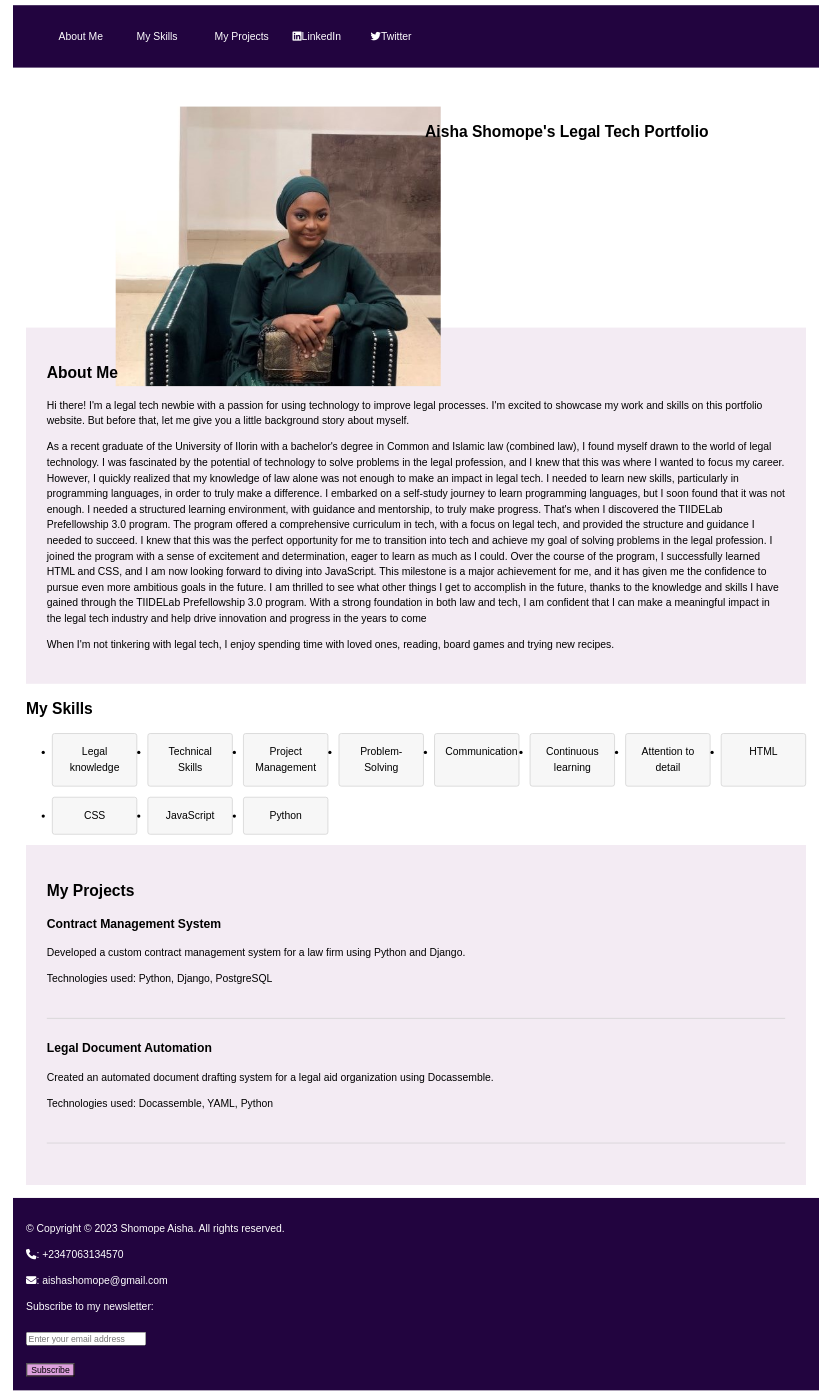
Repository: Iyewande/AishasPortfolio
Page: Index.html
These files come from the project's save history. The page is drawn as it stood at one moment and after the next save; the edit follows.
The browser window is 1280 px wide. The pictures show the whole page, at 65% of full size.
Some web libraries are served in a nearby version.

Above is the page before, as saved 2023-05-04 21:23:42.

### Index.html
<!DOCTYPE html>
<html lang="en">
    <head>
        <meta charset="UTF-8">
        <meta http-equiv="X-UA-Compatible" content="IE=edge">
        <meta name="viewport" content="width=device-width, initial-scale=1.0">
        <title>My Legal Tech Portfolio</title>
        <link rel="stylesheet" href="Style.css">
        <script src="https://kit.fontawesome.com/dcc74d8766.js" crossorigin="anonymous"></script>
    </head>
    <body>
        <div class="main-container">
        <!-- This HTML code creates a simple portfolio website with three main sections: About Me, My Projects, and My Skills.
            The navigation menu allows visitors to easily navigate between the sections of the website. The CSS styling for
            this website is located in a separate style.css file. -->
        <header id="header">
            <div>

            </div>
            <nav>
                <ul>
                    <li><a href="#about">About Me</a></li>
                    <li><a href="#skills">My Skills</a></li>
                    <li><a href="#projects">My Projects</a></li>
                    <li><a href="https://www.linkedin.com/in/shomope-aisha-ayobola/"><i class="fa-brands fa-linkedin"></i>LinkedIn</a></li>
                    <li><a href="https://twitter.com/ShomopeAisha"><i class="fa-brands fa-twitter"></i>Twitter</a></li>
                  </ul>
            </nav>
        </header>
        <main>
            <section id="landingPage">
                <div id="image">
                    <img id="img" src="E17CF07F-F5B1-4C94-9C3E-8D25C5FEC29B.jpg" alt="A picture of me">
                </div>
                <div id="heading">
                    <h1> Aisha Shomope's Legal Tech Portfolio </h1>
                </div>

            </section>
            <section  id="about">
                <h2>About Me</h2>
                <p>Hi there! I'm a legal tech newbie with a passion for using technology to improve legal processes. I'm excited to
                    showcase my work and skills on this portfolio website. But before that, let me give you a little background story about myself.</p>
                <article>
                    As a recent graduate of the University of Ilorin with a bachelor's degree in Common and Islamic law (combined law), I found myself drawn to the world of legal technology. I was fascinated by the potential of technology to solve problems in the legal profession, and I knew that this was where I wanted to focus my career.
                    However, I quickly realized that my knowledge of law alone was not enough to make an impact in legal tech. I needed to learn new skills, particularly in programming languages, in order to truly make a difference. I embarked on a self-study journey to learn programming languages, but I soon found that it was not enough. I needed a structured learning environment, with guidance and mentorship, to truly make progress.
                    That's when I discovered the TIIDELab Prefellowship 3.0 program. The program offered a comprehensive curriculum in tech, with a focus on legal tech, and provided the structure and guidance I needed to succeed. I knew that this was the perfect opportunity for me to transition into tech and achieve my goal of solving problems in the legal profession.
                    I joined the program with a sense of excitement and determination, eager to learn as much as I could. Over the course of the program, I successfully learned HTML and CSS, and I am now looking forward to diving into JavaScript. This milestone is a major achievement for me, and it has given me the confidence to pursue even more ambitious goals in the future.
                    I am thrilled to see what other things I get to accomplish in the future, thanks to the knowledge and skills I have gained through the TIIDELab Prefellowship 3.0 program. With a strong foundation in both law and tech, I am confident that I can make a meaningful impact in the legal tech industry and help drive innovation and progress in the years to come</article>
                <p>When I'm not tinkering with legal tech, I enjoy spending time with loved ones, reading, board games and trying new recipes.</p>
            </section>
              <section id="skills">
                <div class="main-container"></div>
                <h2>My Skills</h2>
                <ul>
                    <li>Legal knowledge</li>
                    <li>Technical Skills</li>
                    <li>Project Management</li>
                    <li>Problem-Solving</li>
                    <li>Communication</li>
                    <li>Continuous learning</li>
                    <li>Attention to detail</li>
                    <li>HTML</li>
                    <li>CSS</li>
                    <li>JavaScript</li>
                    <li>Python</li>
                </ul>
              </section>
              <section id="projects">
                <div class="main-container"></div>
                <h2>My Projects</h2>
                <ul>
                  <li>
                    <h3>Contract Management System</h3>
                    <p>Developed a custom contract management system for a law firm using Python and Django.</p>
                    <p>Technologies used: Python, Django, PostgreSQL</p>
                  </li>
                  <li>
                    <h3>Legal Document Automation</h3>
                    <p>Created an automated document drafting system for a legal aid organization using Docassemble.</p>
                    <p>Technologies used: Docassemble, YAML, Python</p>
                  </li>
                </ul>
              </section>
              <section>
                <!-- <h3 id="futureProjects">Future projects</h3> -->
                <!-- As a complete legal tech newbie with only legal knowledge, HTML, and CSS skills, you can still build a portfolio
                       that showcases your abilities and potential. Here are some project ideas: -->

                <!-- <ul>
                    <li>
                        <h3>Legal blog or website</h3>
                        <p>Create a blog or website that discusses legal topics, provides legal advice, or offers legal services.</p>
                        <p>Tools:My HTML and CSS skills to design and build the website, and my legal knowledge to create
                            engaging and informative content.</p>
                    </li>
                    <li>
                        <h3>Legal case study</h3>
                        <p> Analyze a legal case and create a detailed report that summarizes the facts, legal issues, and outcomes.</p>
                    </li>
                    <li>
                        <h3>Legal newsletter</h3>
                        <p>Develop a newsletter that provides updates on legal news, recent court decisions, or changes in legislation.</p>
                    </li>
                    <li>
                        <h3>Legal Podcast </h3>
                        <p>Create a podcast that discusses legal topics or features interviews with legal professionals.</p>
                    </li>
                    <li>
                        <h3>Legal infographic</h3>
                        <p>Create an infographic that explains a legal concept or process in a visually engaging way.</p>
                    </li>
                    <h3>Legal research database</h3>
                    <p>Build a legal research database that allows users to search for legal cases or statutes using keywords, topics, and other criteria.</p>
                    </li>
                    <li>
                        <h3>Document automation</h3>
                        <p>Develop a tool that automates the creation of legal documents, such as contracts or agreements, using templates and user input.</p>
                    </li>
                    <li>
                        <h3>Contract management system</h3>
                        <p>Create a system that manages the entire contract lifecycle, from drafting to negotiation to execution and beyond.</p>
                    </li>
                    <li>
                        <h3>Compliance tracking tool</h3>
                        <p>Build a tool that helps companies track their compliance with legal regulations, such as data privacy laws or labor laws.</p>
                    </li>
                    <li>
                        <h3>Legal analytics dashboard</h3>
                        <p>Develop a dashboard that provides insights and analytics on legal data, such as case outcomes or legal spend.</p>
                    </li>
                    <li>
                        <h3>E-discovery tool</h3>
                        <p>Create a tool that helps legal teams manage electronic discovery, including searching, reviewing, and producing relevant documents for litigation.</p>
                    </li>
                    <li>
                        <h3>Virtual legal assistant</h3>
                        <p>Build a virtual assistant that can answer legal questions, provide guidance on legal processes, or assist with legal research.</p>
                    </li>
                </ul>
              </section>
              <p>These projects will help demonstrate my creativity, technical skills, and understanding of legal concepts.
                They can be used to showcase my work to potential employers, clients, or collaborators in the legal tech industry.
                As I continue to learn and develop your skills, I can incorporate more advanced technical components into my
                portfolio projects.</p> -->

        </main>
        <!-- footer: contains content that appears at the bottom of the page, such as copyright information. -->
        <footer>
            <div class="footer-container">
                <p>&copy; Copyright © 2023 Shomope Aisha. All rights reserved.</p>
                <div class="contact">
                    <p><i class="fa-sharp fa-solid fa-phone"></i>: +2347063134570</p>
                    <p><i class="fa-solid fa-envelope"></i>: aishashomope@gmail.com</p>
                </div>
                <form action="#" method="post">
                    <label for="subscribe">Subscribe to my newsletter:</label>
                    <br><br>
                    <input type="email" id="subscribe" name="subscribe" placeholder="Enter your email address">
                    <br><br>
                    <button class=btn type="submit">Subscribe</button>
                </form>
            </div>
        </footer>
    </div>
    </body>
</html>

### Style.css
/* Specific styles */

#landingPage {
  display: flex;
  margin: 20px;
  padding: 20px;
  justify-content: space-around;
}

#image{
  width: 25%;
  height: 300px;
}

#heading{
  width: 40%;
}

  #about {
    background-color: rgb(243, 235, 243);
    padding: 2em;
  }

  #about p {
    margin-bottom: 1em;
  }

  #projects ul {
    list-style: none;
    margin: 0;
    padding: 0;
  }

  #projects li {
    border-bottom: 1px solid #ccc;
    margin-bottom: 2em;
    padding-bottom: 2em;
  }

  #projects h3 {
    margin-top: 0;
  }

  #projects p {
    margin-bottom: 1em;
  }

  #projects {
    background-color: rgb(243, 235, 243);
    padding: 2em;
  }

  #futureProjects li {
    background-color: rgb(243, 235, 243);
    padding: 2em;
  }


  #skills ul {
    display: grid;
    grid-template-columns: repeat(auto-fit, minmax(120px, 1fr));
    grid-gap: 1em;
  }

  #skills li {
    background-color: #f7f7f7;
    border: 1px solid #ccc;
    border-radius: 4px;
    padding: 1em;
    text-align: center;
  }
   */
  /* Global Styles */
* {
    box-sizing: border-box;
    margin: 0;
    padding: 0;
}

body {
    font-family: Arial, sans-serif;
    font-size: 16px;
    line-height: 1.5;
}

header, main, footer {
    max-width: 1200px;
    margin: 0 auto;
    padding: 20px;
}

/* Header Styles */
#header {
    background-color: rgb(34, 4, 63);
    color: #fff;
    display: flex;
}

.header-container {
    display: flex;
    justify-content: space-between;
    align-items: center;
}

nav ul {
    display: flex;
    list-style: none;
}

nav ul li {
    margin: 0 10px;
    display: inline-block;
    width: 100px;
}

nav ul li a {
    color: #fff;
    text-decoration: none;
}

/* Footer styles */
footer{
    background-color: rgb(34, 4, 63);
    color: #fff;
}
/* Hover Style */
nav ul li a:hover {
    text-decoration: underline;
}

.btn {
    background-color:plum;
}
.btn:hover {
    background-color:purple;
    color: white;
}


/* Focus Style */
input:focus {
    background-color: plum;
  }

/* Pseudo style */
h3{
    font-weight: bold;
}

After the next save:
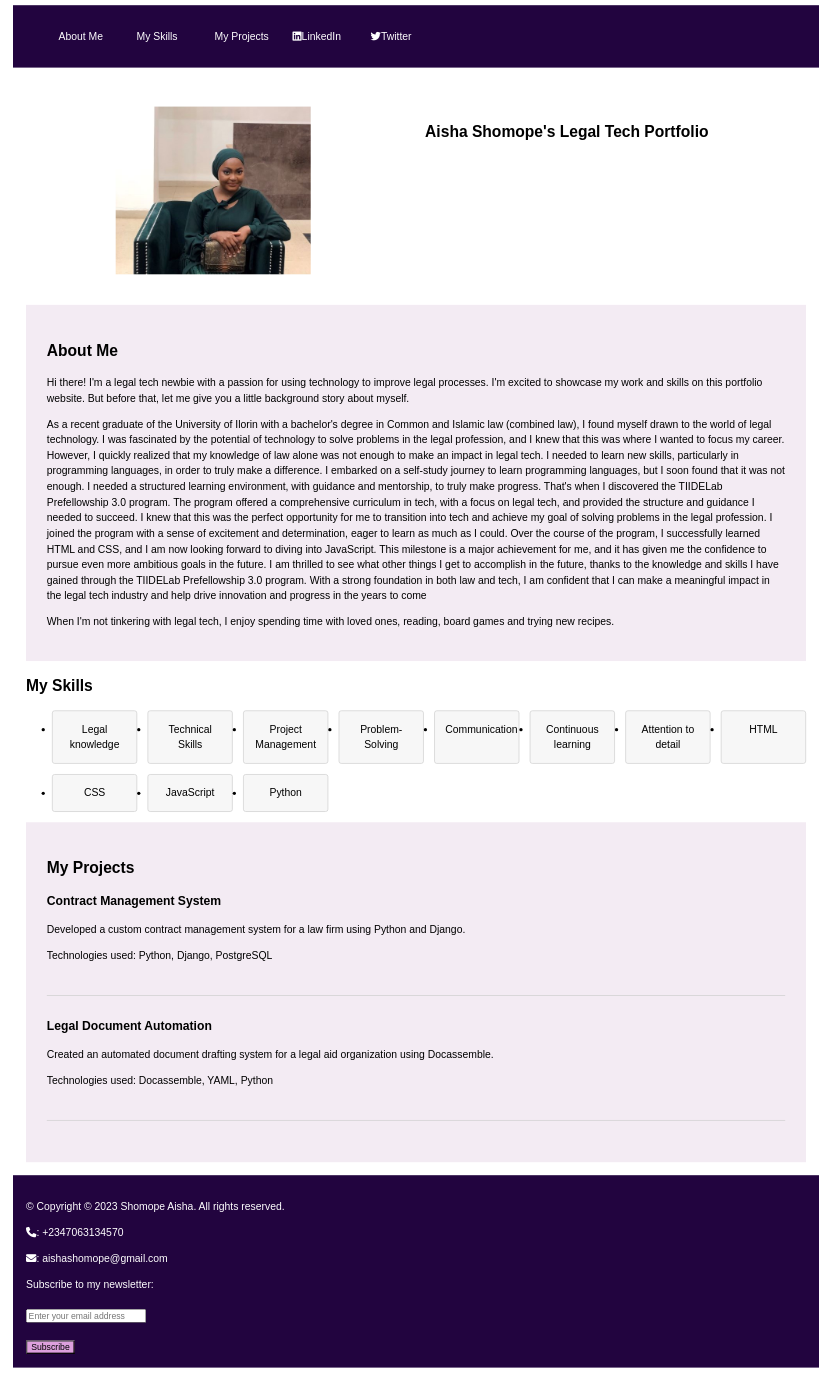
Saved 25 s later.
--- a/Style.css
+++ b/Style.css
@@ -9,7 +9,9 @@
 
 #image{
   width: 25%;
-  height: 300px;
+}
+#img{
+  width: 300px;
 }
 
 #heading{
